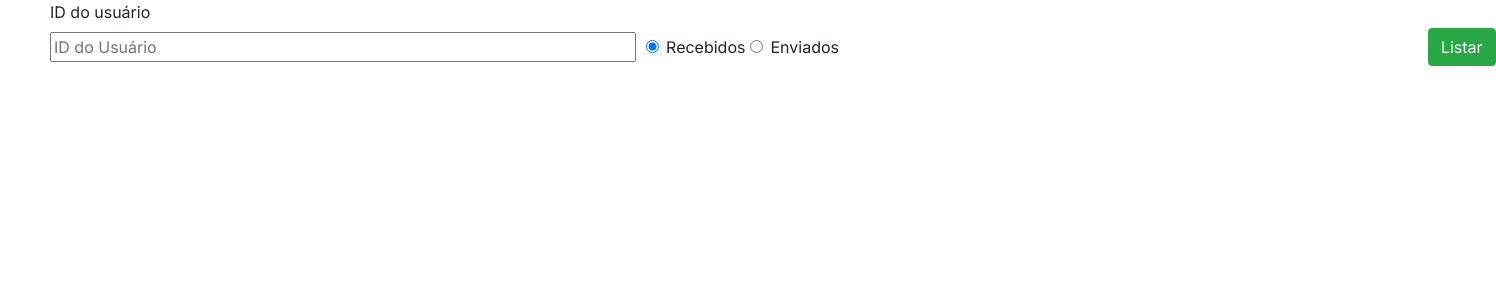
Repository: mateusilva8/tarefa-pix
Page: frontend/index.html
These files come from the project's save history. The page is drawn as it stood at one moment and after the next save; the edit follows.
The browser window is 1280 px wide. The page is 1496 px wide, then 1280 px, so the pictures cover 1496 px, including what lies to the right of the window. The pictures show the whole page.

Above is the page before, as saved 2023-10-21 19:41:52.

### frontend/index.html
<!DOCTYPE html>
<html lang="pt-BR">
<head>
  <meta charset="UTF-8">
  <meta name="viewport" content="width=device-width, initial-scale=1.0">
  <title>CRIE_TI PIX</title>
  <link rel="stylesheet" href="./css/index.css">
  <link rel="preconnect" href="https://fonts.googleapis.com">
  <link rel="preconnect" href="https://fonts.gstatic.com" crossorigin>
  <link rel="stylesheet" href="https://stackpath.bootstrapcdn.com/bootstrap/4.1.3/css/bootstrap.min.css" integrity="sha384-MCw98/SFnGE8fJT3GXwEOngsV7Zt27NXFoaoApmYm81iuXoPkFOJwJ8ERdknLPMO" crossorigin="anonymous">
  <link href="https://fonts.googleapis.com/css2?family=Inter:wght@400;700&display=swap" rel="stylesheet">
</head>
<body>
  <div class="formulario">
    <label for="id">ID do usuário</label>
    <div class="formulario-body">
      <input class="idInput" type="number" placeholder="ID do Usuário" id="id"></input>
      <div class="formulario-select">
        <div class="form-check">
          <input class="form-check-input" type="radio" name="exampleRadios" id="exampleRadios1" value="opcao1" checked>
          <label class="form-check-label" for="exampleRadios1">
            Recebidos
          </label>
        </div>
        <div class="form-check">
          <input class="form-check-input" type="radio" name="exampleRadios" id="exampleRadios2" value="opcao2">
          <label class="form-check-label" for="exampleRadios2">
            Enviados
          </label>
        </div>
        <button type="button" class="btn btn-success">Listar</button>

      </div>
    </div>
  </div>


  <script src="https://code.jquery.com/jquery-3.3.1.slim.min.js" integrity="sha384-q8i/X+965DzO0rT7abK41JStQIAqVgRVzpbzo5smXKp4YfRvH+8abtTE1Pi6jizo" crossorigin="anonymous"></script>
  <script src="https://cdnjs.cloudflare.com/ajax/libs/popper.js/1.14.3/umd/popper.min.js" integrity="sha384-ZMP7rVo3mIykV+2+9J3UJ46jBk0WLaUAdn689aCwoqbBJiSnjAK/l8WvCWPIPm49" crossorigin="anonymous"></script>
  <script src="https://stackpath.bootstrapcdn.com/bootstrap/4.1.3/js/bootstrap.min.js" integrity="sha384-ChfqqxuZUCnJSK3+MXmPNIyE6ZbWh2IMqE241rYiqJxyMiZ6OW/JmZQ5stwEULTy" crossorigin="anonymous"></script>
</body>
</html>

### frontend/css/index.css
* {
    font-family: 'Inter', sans-serif;
}

.formulario {
    display: flex;
    flex-direction: column;
    width: 100%;
    font-size: 1rem;
    padding-left: 50px;
    padding-right: 50px;

}

.formulario-body {
    display: flex;
    flex-direction: row;
    width: 100%;
    height: 30px;
    align-items: center;
    gap: 10px;
}

.formulario-select {
    width: 800px;
    display: flex;
    flex-direction: row;
    gap: 5px;
    align-items: center;

}

.btn {
    margin-left: 100%;
}

.idInput {
    width: 800px;
}

After the next save:
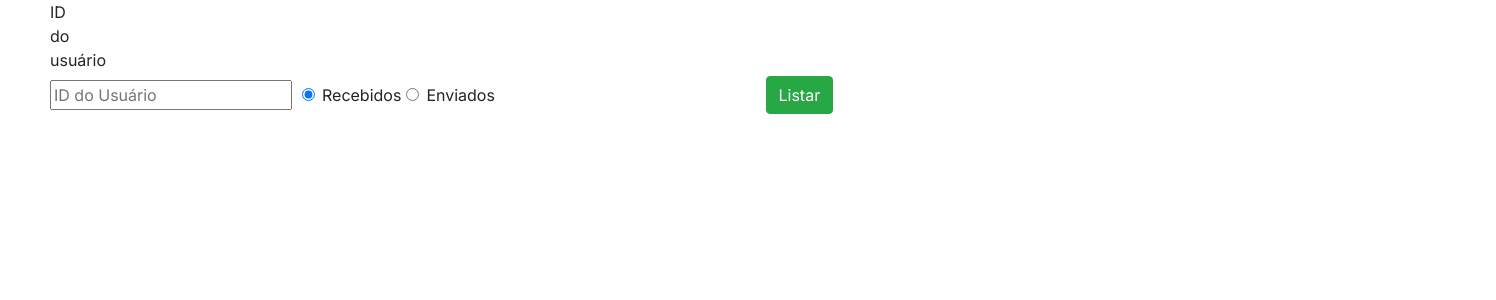
Saved 39 s later.
--- a/frontend/css/index.css
+++ b/frontend/css/index.css
@@ -5,7 +5,7 @@
 .formulario {
     display: flex;
     flex-direction: column;
-    width: 100%;
+    width: 1vh;
     font-size: 1rem;
     padding-left: 50px;
     padding-right: 50px;
